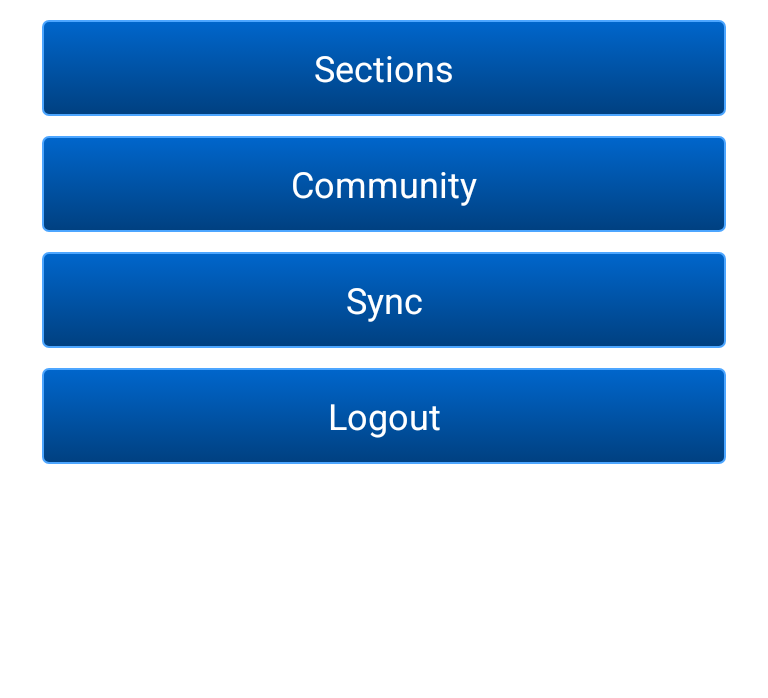
Repository: prabushitha/hydrosaver
Layout: hydrosaver/res/layout/activity_home.xml
An editor plug-in stored every save of this project. The layout is shown before and after the next save, followed by the edit.
The pictures show rows 582 to 1280 of an output 1280 px tall.
It is drawn on a 768 x 1280 px phone screen (xhdpi) without system bars, with theme AppTheme; the app's code is not run.

Above is the layout before, as saved 2016-10-08 07:06:49.

After the next save:
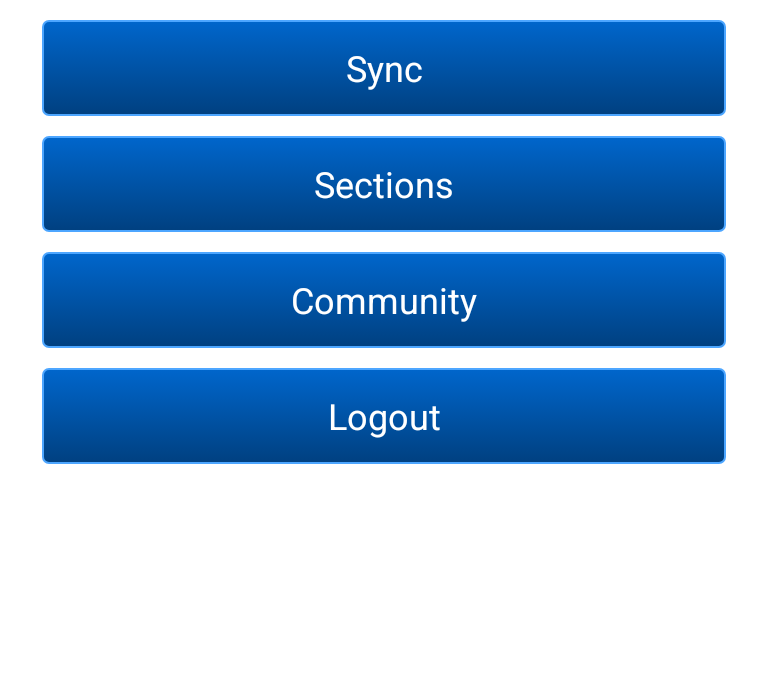
Saved 102 s later.
--- a/hydrosaver/res/layout/activity_home.xml
+++ b/hydrosaver/res/layout/activity_home.xml
@@ -37,6 +37,27 @@
 				-->
 	        </TableRow>
 
+
+		     <TableRow
+	            android:id="@+id/tableRow6"
+	            android:layout_width="match_parent"
+	            android:layout_height="0dp"
+	            android:layout_weight="1"  >
+
+	            <Button
+	                android:id="@+id/button3"
+	                android:layout_marginTop="20px"
+	                android:layout_marginLeft="10px"
+	                android:layout_marginRight="10px"
+	                android:padding="10dp"
+	                android:layout_width="fill_parent"
+	                android:layout_height="match_parent"
+	                android:background="@drawable/mybutton"
+	                android:text="Sync"
+	                android:layout_weight="1"
+	                android:textColor="#ffffff"
+	                />
+	        </TableRow>
 
 	        <TableRow
 	            android:id="@+id/tableRow4"
@@ -81,27 +102,6 @@
 	                />
 	        </TableRow>
 
-	         <TableRow
-	            android:id="@+id/tableRow6"
-	            android:layout_width="match_parent"
-	            android:layout_height="0dp"
-	            android:layout_weight="1"  >
-
-	            <Button
-	                android:id="@+id/button3"
-	                android:layout_marginTop="20px"
-	                android:layout_marginLeft="10px"
-	                android:layout_marginRight="10px"
-	                android:padding="10dp"
-	                android:layout_width="fill_parent"
-	                android:layout_height="match_parent"
-	                android:background="@drawable/mybutton"
-	                android:text="Sync"
-	                android:layout_weight="1"
-	                android:textColor="#ffffff"
-	                />
-	        </TableRow>
-
 
 		    <TableRow
 		        android:layout_width="match_parent"
